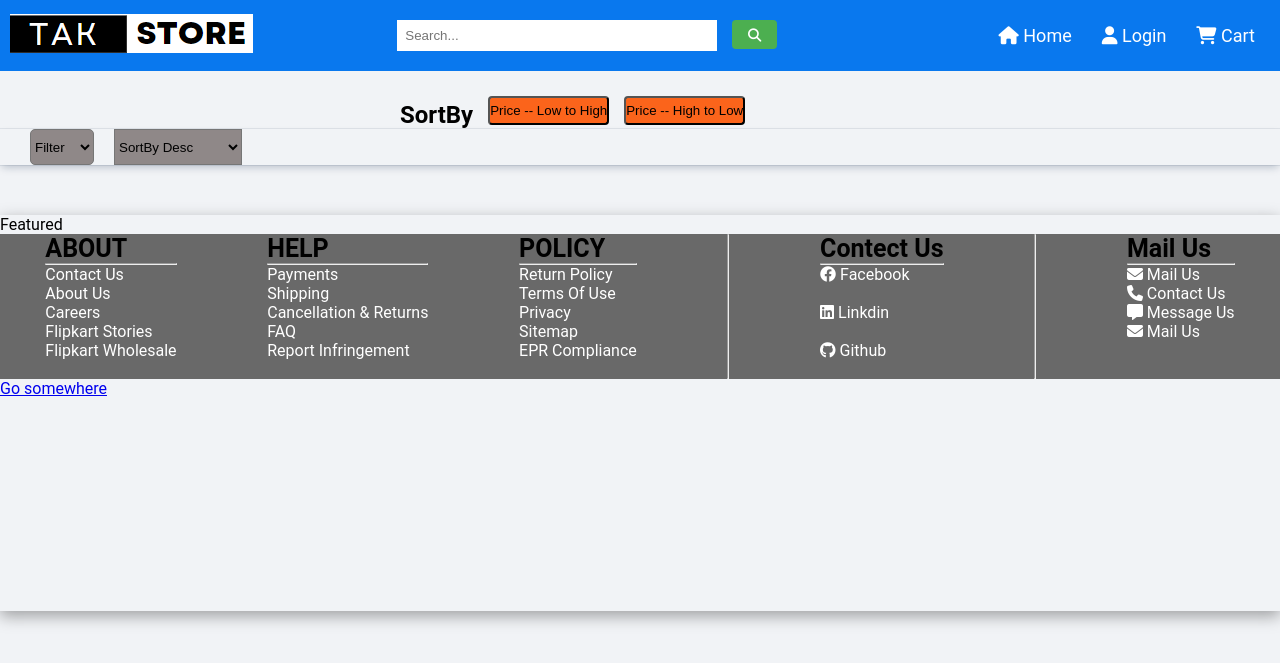
Repository: MSaifKhan01/TAK-Store
Page: PROJECT_Front/appliances.html
These files come from the project's save history. The page is drawn as it stood at one moment and after the next save; the edit follows.
The browser window is 1280 px wide. The pictures show the whole page.
The page's requests for data from a server got no answer.

Above is the page before, as saved 2023-07-22 02:02:47.
Console error: TypeError: Cannot read properties of null (reading 'append')

### PROJECT_Front/appliances.html
<!DOCTYPE html>
<html lang="en">

<head>
    <meta charset="UTF-8">
    <meta http-equiv="X-UA-Compatible" content="IE=edge">
    <meta name="viewport" content="width=device-width, initial-scale=1.0">
    <title>Document</title>
    <link
    rel="stylesheet"
    href="https://cdnjs.cloudflare.com/ajax/libs/font-awesome/6.4.0/css/all.min.css"
    integrity="sha512-iecdLmaskl7CVkqkXNQ/ZH/XLlvWZOJyj7Yy7tcenmpD1ypASozpmT/E0iPtmFIB46ZmdtAc9eNBvH0H/ZpiBw=="
    crossorigin="anonymous"
    referrerpolicy="no-referrer"
  />
  <!-- cdn link of bootstrap for css -->
  <!-- <link
    href="https://cdn.jsdelivr.net/npm/bootstrap@5.2.3/dist/css/bootstrap.min.css"
    rel="stylesheet"
    integrity="sha384-rbsA2VBKQhggwzxH7pPCaAqO46MgnOM80zW1RWuH61DGLwZJEdK2Kadq2F9CUG65"
    crossorigin="anonymous"
  /> -->



    <link rel="stylesheet" type="text/css" href="./CSS/appliences.css">
    <link rel="stylesheet" type="text/css" href="./CSS/Index.css">
    <style>

    </style>
</head>

<body>
    <header >
        <nav class="navbar">
          <a href="#" class="navbar-brand logo"
            ><img src="./flipkart images/Tak_logo.png" alt="logo"
          /></a>
          <div class="search-container">
            <input id="searcBox" type="text" placeholder="Search..." />
            <button type="submit"><i class="fa fa-search"></i></button>
          </div>
          <ul class="navbar-nav">
            <li>
              <a href="index.html"><i class="fa-solid fa-house"></i> Home</a>
            </li>



            <li id="logoutName">
              <a href="./login.html" id="nameshow"><i class="fa-solid fa-user"></i> Login</a>
            </li>
            <!-- <li><a href="#">Categories</a></li>
            <li><a href="#">Deals</a></li> -->
            <li>
              <a href="addTocart.html"><i class="fa-solid fa-cart-shopping"><span id="Cartlength"></span></i> Cart</a>
              <!-- <a href="#">Cart</a> -->
            </li>
          </ul>
        </nav>

      </header>


    <div class="sort">
        <h2>SortBy</h2>
        <button id="sort1">Price -- Low to High</button>
        <button id="sort2">Price -- High to Low</button>
    </div>
    <div class="main">
        <div class="leftdiv">
            <!-- filter part -->
            <div style="display: flex; margin-left: 30px; gap: 20px;">


                <div>
                    <select name="filter" id="filter">
                        <option value="filter">Filter</option>
                    </select>
                </div>
                <div>
                    <select name="featured" id="featured" data-bs-toggle="tooltip" data-bs-title="Another tooltip">
                        <option value="">SortBy Desc</option>
                        <option value="atoz">A To Z</option>
                        <option value="ztoa">Z To A</option>

                    </select>
                </div>
            </div>
        </div>
        <div class="bestofElctronic_product_item">

        </div>
    </div>



    </div>
    </div>
    <!-- footer -->

    <div class="card text-center">
        <div class="card-header" style="margin-top: 30px">Featured</div>
        <div class="footer-items">
          <div class="footerlist">
            <ul style="list-style: none">
              <li id="List-head">ABOUT</li>
              <li>
                <hr />
              </li>
              <li>Contact Us</li>
              <li>About Us</li>
              <li>Careers</li>
              <li>Flipkart Stories</li>
              <li>Flipkart Wholesale</li>
            </ul>
          </div>

          <div class="footerlist">
            <ul style="list-style: none">
              <li id="List-head">HELP</li>
              <li>
                <hr />
              </li>
              <li>Payments</li>
              <li>Shipping</li>
              <li>Cancellation & Returns</li>
              <li>FAQ</li>
              <li>Report Infringement</li>
            </ul>
          </div>

          <div class="footerlist">
            <ul style="list-style: none">
              <li id="List-head">POLICY</li>
              <li>
                <hr />
              </li>
              <li>Return Policy</li>
              <li>Terms Of Use</li>
              <li>Privacy</li>
              <li>Sitemap</li>
              <li>EPR Compliance</li>
            </ul>
          </div>
          <hr />
          <div class="footerlist">
            <ul style="list-style: none">
              <li id="List-head">Contect Us</li>
              <li>
                <hr />
              </li>
              <li>
                <a href="" style="text-decoration: none; color: white"
                  ><i class="fa-brands fa-facebook"></i> Facebook</a
                >
              </li>
              <br />
              <li>
                <a href="" style="text-decoration: none; color: white"
                  ><i class="fa-brands fa-linkedin"></i> Linkdin</a
                >
              </li>
              <br />
              <li>
                <a href="" style="text-decoration: none; color: white"
                  ><i class="fa-brands fa-github"></i> Github</a
                >
              </li>
              <br />
            </ul>
          </div>

          <hr />
          <div class="footerlist">
            <ul style="list-style: none">
              <li id="List-head">Mail Us</li>
              <li>
                <hr />
              </li>
              <li>
                <a href="" style="text-decoration: none; color: white"
                  ><i class="fa-solid fa-envelope"></i> Mail Us</a
                >
              </li>
              <li>
                <a href="" style="text-decoration: none; color: white"
                  ><i class="fa-solid fa-phone"></i> Contact Us</a
                >
              </li>
              <li>
                <a href="" style="text-decoration: none; color: white"
                  ><i class="fa-solid fa-message"></i> Message Us</a
                >
              </li>
              <li>
                <a href="" style="text-decoration: none; color: white"
                  ><i class="fa-solid fa-envelope"></i> Mail Us</a
                >
              </li>
            </ul>
          </div>
        </div>

        <div class="card-body">
          <a href="#" class="btn btn-primary">Go somewhere</a>
        </div>
      </div>
</body>
<script
  src="https://cdn.jsdelivr.net/npm/@popperjs/core@2.11.8/dist/umd/popper.min.js"
  integrity="sha384-I7E8VVD/ismYTF4hNIPjVp/Zjvgyol6VFvRkX/vR+Vc4jQkC+hVqc2pM8ODewa9r"
  crossorigin="anonymous"
></script>
<script
  src="https://cdn.jsdelivr.net/npm/bootstrap@5.3.0/dist/js/bootstrap.min.js"
  integrity="sha384-fbbOQedDUMZZ5KreZpsbe1LCZPVmfTnH7ois6mU1QK+m14rQ1l2bGBq41eYeM/fS"
  crossorigin="anonymous"
></script>
<script src="./JS/appliences.js"></script>
<script src="./JS/index.js"></script>


</html>

### PROJECT_Front/CSS/appliences.css
* {
    margin: 0;
    padding: 0;
    box-sizing: border-box;
}

body {
    font-family: 'Roboto', sans-serif;
    background-color: #f1f3f6;
    width: 100%;
}

:root {
    --primary-color: #2874f0;
}

.container {
    padding: 0 8px;
}

/* <---navbar1 ---> start*/

header {
    background-color: var(--primary-color);
    height: 56px;
    position: sticky;
    margin-top: 0px;
}

header .nav-container {
    display: flex;
    /* justify-content: space-between; */
    align-items: center;
    height: 100%;
    max-width: 1248px;
    margin: 0 auto;
}

header .nav-container .logo {
    display: flex;
    min-width: 137px;
    justify-content: flex-end;
}

header .nav-container .logo img {
    width: 75px;
}

header .search {
    height: 100%;
    display: flex;
    align-items: center;
    margin-left: 12px;
}

@media only screen and (max-width: 700px) {
    header .search {
        display: none;
    }

    header {
        background-color: var(--primary-color);
        height: 56px;
        width: 100%;
        position: sticky;
        margin-top: 0px;
    }

    .bestofElctronic_product_item {

        display: grid;
        width: 80%;
        gap: 15px;
        grid-template-columns: repeat(2, 1fr);
        overflow: hidden;
    }

    .leftdiv {
        /* width: 20%; */
        display: none;
    }
    footer {
    background-color: #172337;
    height: 332;
    width: 100%;
}
.footer-row2-col img{
    display: none;
}
}

header .search .search-container {
    width: 540px;
    height: 36px;
    background-color: white;
    border-radius: 2px;
    box-shadow: 0 2px 4px 0 rgb(0 0 0 / 23%);
    display: flex;
}

header .search .search-container input {
    width: calc(100% - 32px);
    padding: 16px;
    outline: none;
    border: none;
}

header .search .search-container button {
    width: 36px;
    height: 100%;
    padding: 0 8px;
    display: flex;
    justify-content: center;
    align-items: center;
    border: none;
    background-color: white;
    border-radius: 0 2px 2px 0;
    cursor: pointer;
}

.main>ul>li>a {
    color: #140d29;
    font-weight: 800;
    text-decoration: none;
    font-size: 14px;

}

.megamenu {
    background-color: white;

    position: absolute;
    top: 100%;
    left: 0px;
    width: 100%;
    display: flex;
    opacity: 0;
    visibility: hidden;
    box-shadow: rgba(100, 100, 111, 0.2) 0px 7px 29px 0px;

}


.dropbtn {
    background-color: whitesmoke;
    color: white;
    padding: 16px;
    font-size: 16px;
    border: none;
    cursor: pointer;
}

.dropbtn:hover,
.dropbtn:focus {
    background-color: #2980B9;
}

.dropdown {
    position: relative;
    display: inline-block;
}

.dropdown-content {
    display: none;
    position: absolute;
    background-color: #f1f1f1;
    min-width: 160px;
    overflow: auto;
    box-shadow: 0px 8px 16px 0px rgba(0, 0, 0, 0.2);
    z-index: 1;
}

.dropdown-content a {
    color: black;
    padding: 12px 16px;
    text-decoration: none;
    display: block;
}

.dropdown a:hover {
    background-color: #ddd;
}

.show {
    display: block;
}

header .login {
    height: 100%;
    display: flex;
    align-items: center;
    margin: 0 20px;
}

header .login button {
    width: 122px;
    padding: 5px 40px;
    font-size: 16px;
    font-weight: 600;
    color: var(--primary-color);
}

header .become-seller {
    height: 100%;
    display: flex;
    align-items: center;
    margin: 0 20px;
    color: white;
    font-size: 16px;
    font-weight: 500;
}

header .more {
    height: 100%;
    display: flex;
    align-items: center;
    margin: 0 20px;
    color: white;
    font-size: 16px;
    font-weight: 500;
}

header .more svg {
    margin-left: 8px;
    rotate: -90deg;
}

header .cart {
    height: 100%;
    display: flex;
    /* position: relative; */
    align-items: center;
    margin: 0 20px;
    color: white;
}

header .cart svg {
    margin-right: 8px;
}

/* <---navbar1 ---> end*/

.BestofElectronic_item {
    background-color: white;
    min-width: 210px;
    max-width: 210px;
    height: 310px;
    position: relative;
    display: flex;

    align-items: center;
    flex-direction: column;
}



.bestOfElectornic_image_Product img {
    width: 90%;
    margin-top: 13px;
    max-height: 210px;
    display: flex;
    justify-content: center;
    align-items: center;

}

.bestofElectornicProduct_name {
    font-size: 15px;
    padding: 5px;
    letter-spacing: 0.5px;
}

.bestofElecronic_discount {
    color: #388e3c;
}

.bestofElectronic_brand {
    color: rgb(143, 136, 136);
}
#featured{
width: 10vw;
height: 5vh;
background-color: rgb(143, 136, 136);
}
#filter{
width: 5vw;
border-radius: 5px;
height: 5vh;
background-color: rgb(143, 136, 136);
}
.main {
    display: flex;
    box-shadow: rgba(9, 30, 66, 0.25) 0px 4px 8px -2px, rgba(9, 30, 66, 0.08) 0px 0px 0px 1px;
}

.leftdiv {
    width: 20%;
}

.bestofElctronic_product_item {

    display: grid;
    width: 80%;
    gap: 15px;
    grid-template-columns: repeat(4, 1fr);
    overflow: hidden;
}

.bestofElectronic_brand {
    font-size: 12px;
    padding-top: 7px;
}

.bestofElectornicProduct_name {
    color: #000;
}

.card {
    /* box-sizing: border-box; */
    margin-top: 50px;
    height: 55vh;
    box-shadow: rgba(0, 0, 0, 0.35) 0px 5px 15px;
}

div>button {
    background-color: #fb641b;
    border-radius: 3px;
    margin-left: 15px;
    border-radius: 4px;
    height: 4vh;


}

div>p {
    margin-left: 15px;
}

.sort {
    display: flex;
    margin: 40px 0px 0px 400px;

}

.sort h2 {
    margin-top: 5px;
    color: #000;
}

/* .sort button{


} */

/* <!-- footer --> */
footer {
    background-color: #172337;
    height: 332;
}

.footer-row {
    width: 100%;
    height: 270px;
    display: flex;
    padding: 30px 60px;
}

.footer-row2 {
    display: flex;
    border-top: 1px solid #454d5e;
    justify-content: space-evenly;
}

.footer-col-1 {
    width: 15%;
}

.footer-col-2 {
    width: 15%;
}

.footer-col-3 {
    width: 15%;
}

.footer-col-4 {
    width: 10%;
}

.footer-col-5 {
    width: 20%;
    border-left: 1px solid #454d5e;
    height: 120px;
    padding-left: 25px;
}

.footer-col-6 {
    width: 20%;
    padding-left: 50px;
}

.footer-heading p {
    color: #878787;
    font-size: 12px;
    font-weight: 400;
    text-align: left;
    padding: 10px 0px;
    cursor: pointer;
    text-transform: uppercase;
}

.footer-list a {
    text-align: left;
    display: block;
    text-decoration: none;
    text-transform: capitalize;
    color: white;
    font-size: 12px;
    font-weight: 400;
    padding: 5px 0px;
}

.footer-list a:hover {
    text-decoration: underline;
}

.footer-list p {
    text-align: left;
    display: block;
    color: white;
    font-size: 12px;
    font-weight: 100px;
    padding: 5px 0px;
    line-height: 20px;
    cursor: pointer;
}

.footer-list-address p {
    text-align: left;
    display: block;
    color: white;
    font-size: 12px;
    font-weight: 100px;
    line-height: 20px;
    cursor: pointer;
}

.footer-list-address span {
    color: rgb(60, 109, 245);
    cursor: pointer;
}

.footer-row2-col p {
    color: white;
    font-size: 15px;
    font-weight: 100px;
    line-height: 20px;
    cursor: pointer;
    text-align: center;
    line-height: 50px;
    letter-spacing: .7px;
}

### PROJECT_Front/CSS/Index.css


 /* CSS styles for the navbar */
  * {
    margin: 0;
    padding: 0;
    box-sizing: border-box;
  }
  header{
    position: sticky;
    top: 0%;
  }

  .navbar {
    background-color: #0978ee;
    padding: 10px;
    display: flex;
    justify-content: space-between;
    /* flex-direction: row; */
    align-items: center;
    position: sticky;
  }

  .navbar-brand {
    color: #fff;
    font-weight: bold;
    text-decoration: none;
    width: 10%;
    font-size: 15px;
  }

  .navbar-nav {
    display: flex;
    flex-direction: row;
    font-size: 18px;
    list-style-type: none;
    gap: 15px;
    margin: 0;
    padding: 0;
    /* margin-right: 120px; */

  }

  #logoutName{
    color: #f1f1f1;
  }
  #logoutName button{
    background-color: #45a049;;
    color: #f1f1f1;
    border-radius: 5px;
    padding: 3px;

  }
  #Cartlength{
    color: #f40ab5;
  }

  /* Search bar styles */
  .search-container {
    display: flex;
    width: 500px;
    max-width: 450px;

    margin-left: 180px;

    margin-bottom: 10px;
    /* Added to separate the search bar in responsive mode */
  }

  input[type="text"] {
    flex: 1;
    padding: 10px;
    border: none;
  }

  button[type="submit"] {
    margin-right: 120px;
    background-color: #4caf50;
    color: white;
    padding: 10px 20px;
    border: none;
    cursor: pointer;
  }

  button[type="submit"]:hover {
    background-color: #45a049;
  }

  .navbar-nav li {
    margin-right: 15px;
  }

  .navbar-nav li a {
    color: #fff;
    text-decoration: none;
  }

  /* CSS styles for responsive design */
  @media (max-width: 400px) {
    .navbar {
      flex-direction: column;
    }

    .navbar-nav {
      margin-top: 10px;
      flex-direction: column;

    }

    .navbar-nav li {
      margin-right: 0;
      margin-bottom: 10px;
    }
  }

  @media (min-width: 601px) {
    /* Additional styles for larger screens */
    .search-container {
      max-width: 500px;
      margin-left: 160px;
      margin-top: 10px;
    }

    input[type="text"] {
      padding: 8px;
    }

    button[type="submit"] {
      padding: 8px 16px;
    }
  }

  /* CSS styles for sub-navbar */
  .sub-navbar {
    background-color: #f1f1f1;
    padding: 10px;
    display: flex;
    gap: 30px;
    justify-content: center;
    /* overflow-x: auto; */
  }

  .sub-navbar-item {
    display: flex;
    align-items: center;
    justify-content: center;

    margin-right: 15px;
    width: 60px;
    /* height: 60px; */
    border-radius: 50%;
    background-color: #f1f1f1;
  }


  .sub-navbar-item img {
    width: 64px;
  }

  .subNav {
    display: block;
  }

  #slideshow > img {
    width: 100%;
  }

  .carousel-item img {
    width: 100%;
    height: 100%;
  }


  .footer-items {
    display: flex;
    justify-content: space-around;
    background-color: dimgray;
    color: white;
  }

  #List-head {
    font-size: 25px;
    font-weight: bold;
    color: black;
  }

  #product {
    border-radius: 5px;
    padding: 40px;
    margin-bottom: 20px;

    box-shadow: rgba(50, 50, 93, 0.25) 0px 50px 100px -20px,
      rgba(0, 0, 0, 0.3) 0px 30px 60px -30px;
  }
  #product img{
    width: 50%;
  }


  #carroDiv {
    width: 90%;
    margin: auto;
  }

  .smallimages {
    display: flex;
    gap: 10px;
    justify-content: space-around;
    /* align-items: center; */
  }

  .topHead {
    display: flex;
    justify-content: space-between;
    box-shadow: rgba(0, 0, 0, 0.24) 0px 3px 8px;
    margin-bottom: 40px;
  }

  .common-heading-left {
    padding: 20px;
  }

  .common-heading-left > h2 {
    color: gray;
  }

  .ViewButton > h3 {
    margin: 30px;
    padding: 20px;
    background-color: #0978ee;
  }

### PROJECT_Front/JS/index.js

const urlParams = new URLSearchParams(window.location.search);
let tokenurl = urlParams.get('token');
let username = urlParams.get("username")
let image = urlParams.get("image")
// let log = document.getElementById("log")
if (tokenurl) {

  sessionStorage.setItem("token", tokenurl)
  sessionStorage.setItem("name", username)
  sessionStorage.setItem("image", image)
}

  let logoutName=document.getElementById("logoutName")
let nametag=document.getElementById("nameshow")
let token=sessionStorage.getItem("token")
  let name=sessionStorage.getItem("name")
  let CartlengthTag=document.getElementById("Cartlength")
  let Cartlength=localStorage.getItem("length")
  // console.log(Cartlength)

  if(token){
    CartlengthTag.innerText=Cartlength
    nametag.style.display="none"
    logoutName.innerHTML=`<i class="fa-solid fa-user"></i> ${name}`

    let p=document.createElement("span")
    p.innerHTML=`<button>Logout</button>`
    p.style.marginLeft="5px"
    logoutName.append(p)

    logoutName.addEventListener("click",()=>{
      sessionStorage.clear()
      window.location.href = "./index01.html";
    })
  }
  let imgtag = document.createElement("img");

  let slidediv = document.getElementById("slideshow");
  slidediv.append(imgtag);
  let currentIndex = 0;

  var slideImages = [
    "flipkart images/banner1.jpg",
    "flipkart images/banner2.jpg",
    "flipkart images/banner3.jpg",
    "flipkart images/banner4.jpg",
  ];
  slideshowFun(slideImages);

  function slideshowFun(images) {
    imgtag.setAttribute("src", images[currentIndex]);
    if (currentIndex == images.length - 1) {
      currentIndex = 0;
    } else {
      currentIndex++;
    }
  }
  window.addEventListener("load", function () {
    setInterval(slideshowFun, 2000, slideImages);
  });

Loaded but not shown: PROJECT_Front/JS/appliences.js (275 lines, source omitted)

After the next save:
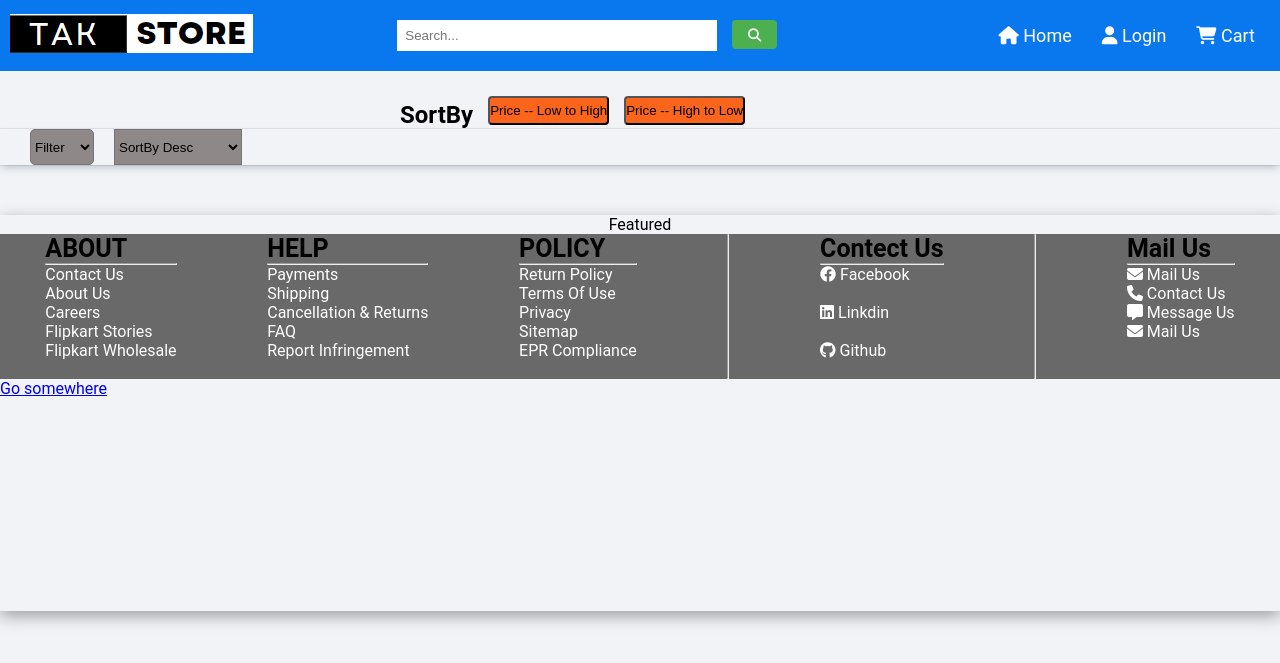
Saved 109 s later.
--- a/PROJECT_Front/appliances.html
+++ b/PROJECT_Front/appliances.html
@@ -100,7 +100,7 @@
     <!-- footer -->
 
     <div class="card text-center">
-        <div class="card-header" style="margin-top: 30px">Featured</div>
+        <div class="card-header" style="margin-top: 30px; display: flex; justify-content: center;">Featured</div>
         <div class="footer-items">
           <div class="footerlist">
             <ul style="list-style: none">
